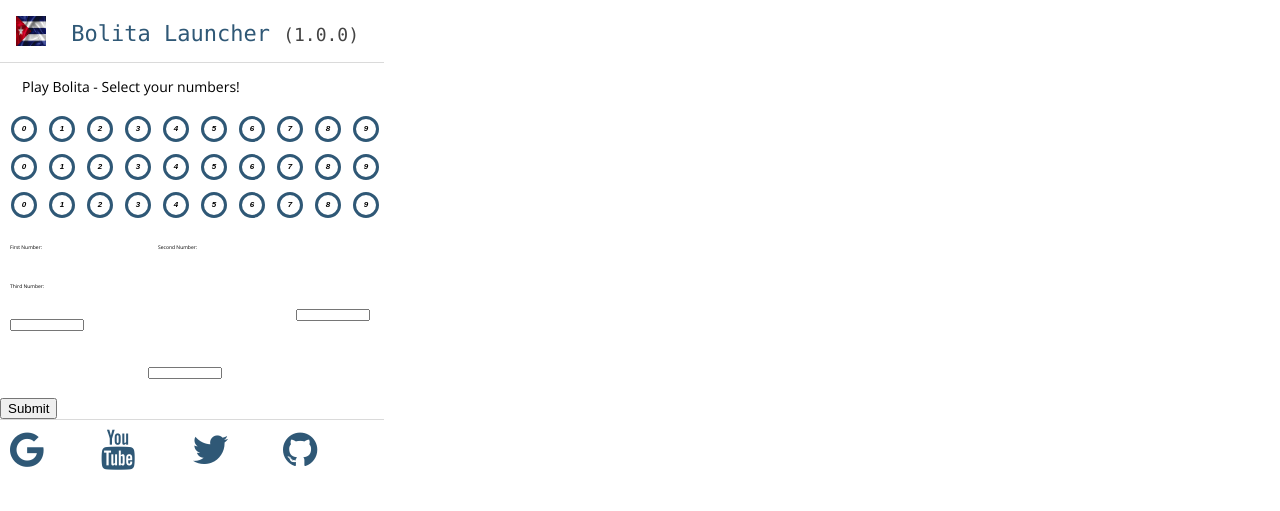
Repository: markymark617/BolitaChromeExtension
Page: popup.html
The author's editor kept a copy of each file at every save. The page is drawn from the files as they stood at one save, then again after the next save.
The browser window is 1280 px wide. The pictures show the whole page.

Above is the page before, as saved 2020-09-06 14:29:41.

After the next save:
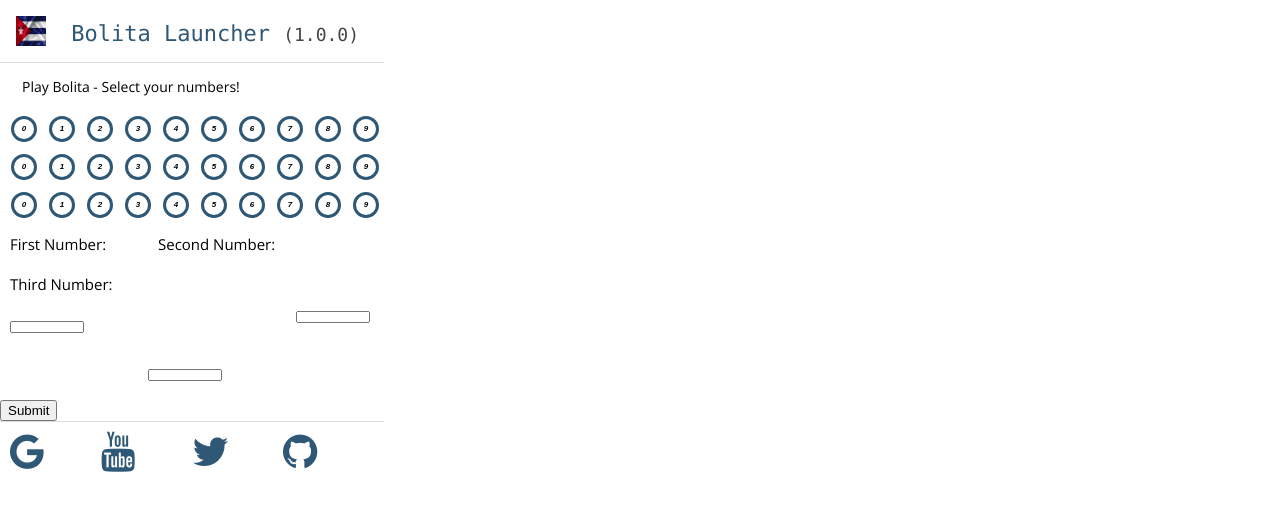
Saved 11 s later.
--- a/popup.css
+++ b/popup.css
@@ -126,5 +126,5 @@
     }
 
     label {
-        font-size:5px;
+        font-size:15px;
     }
